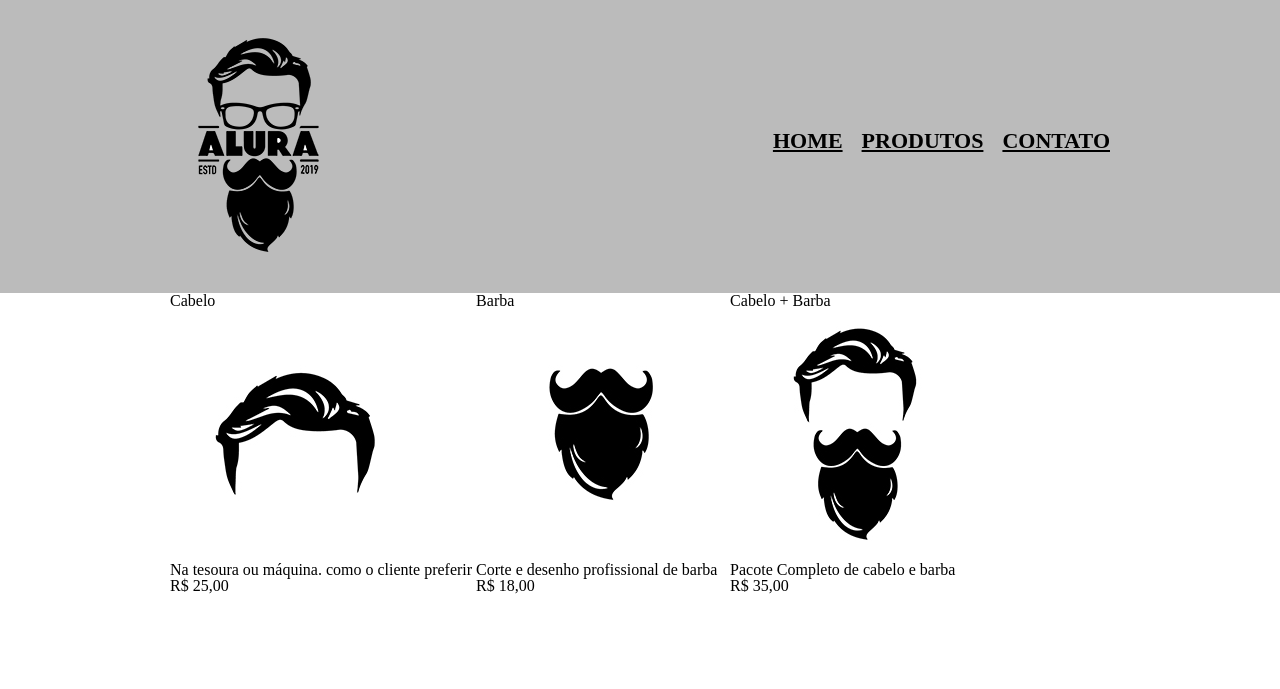
Repository: AnaBerlanda/AulaAlura
Page: produtos.html
These files come from the project's save history. The page is drawn as it stood at one moment and after the next save; the edit follows.
The browser window is 1280 px wide. The pictures show the whole page.

Above is the page before, as saved 2022-04-11 15:01:57.

After the next save:
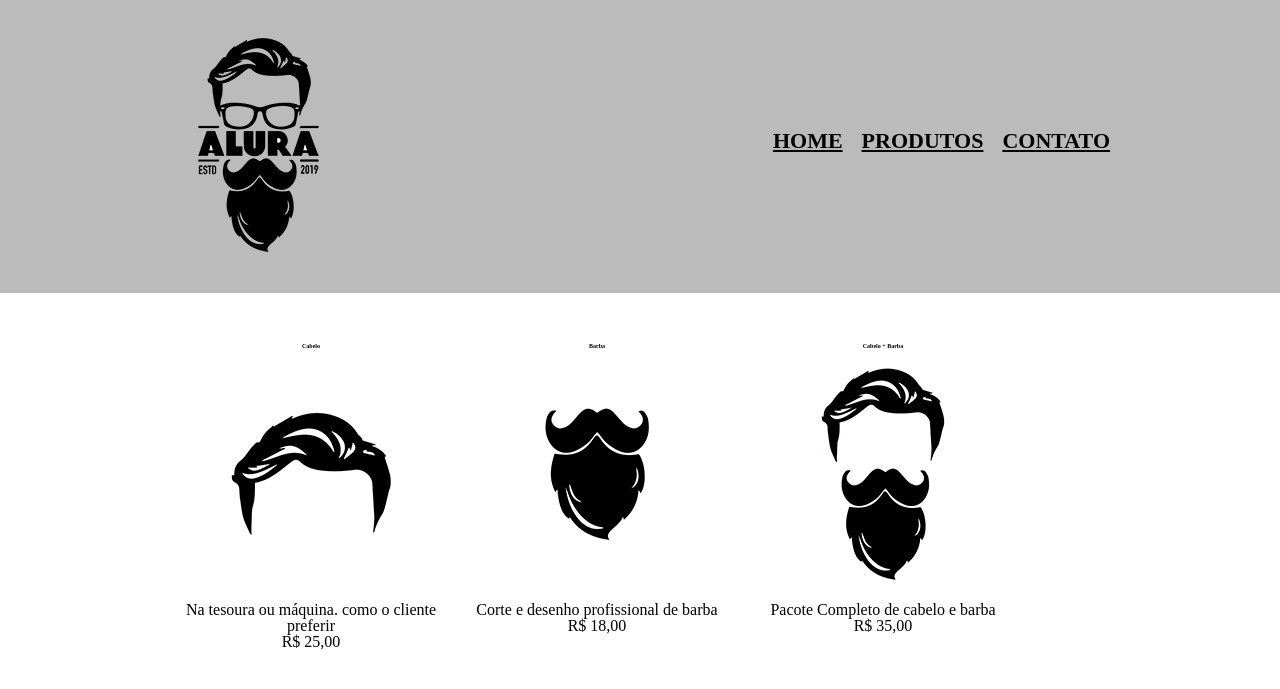
Saved 3 min 34 s later.
--- a/produtos.css
+++ b/produtos.css
@@ -26,8 +26,15 @@ nav a{
 .produtos{
     width: 940px ;
     margin: 0 auto ;
+    padding: 50px 0 ;
 }
 .produtos li{
     display: inline-block;
-
+    text-align: center;
+    width: 30%;
+    vertical-align: top;
 }
+.produtos h2{
+    font-size: 30%;
+    font-weight: bold;
+}
